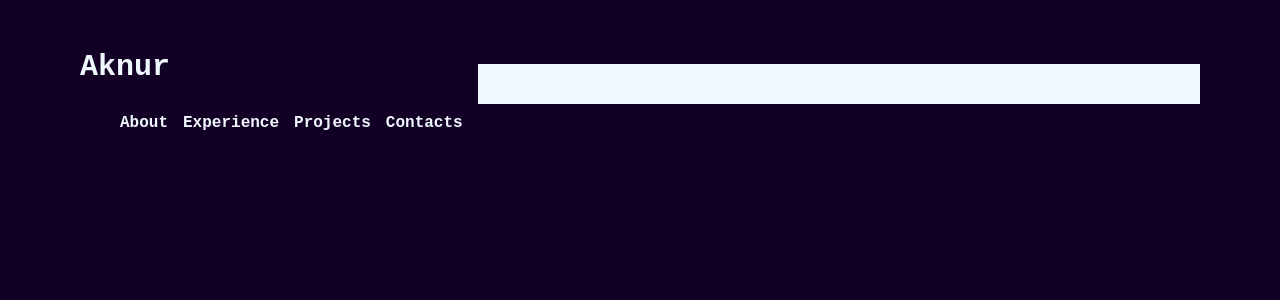
Repository: aknurkappar/nfactorial-portfolio-app-03-03-2022
Page: /
The author's editor kept a copy of each file at every save. The page is drawn from the files as they stood at one save, then again after the next save.
The browser window is 1280 px wide. The pictures show the whole page.
The project was rebuilt for these pictures with package versions that can differ from the ones it lists, and the page was loaded fresh each time. Also part of the build but not shown: src/App.css.

Above is the page before, as saved 2023-03-03 20:56:15.

After the next save:
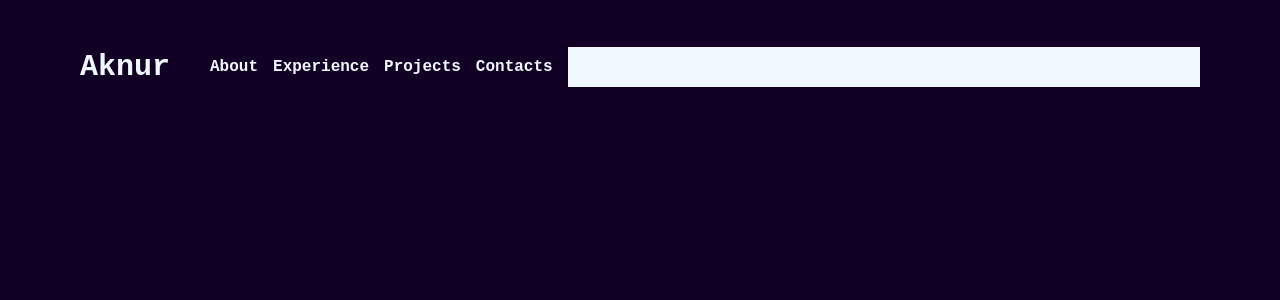
Saved 7 s later.
--- a/src/components/Header/index.js
+++ b/src/components/Header/index.js
@@ -19,7 +19,7 @@ import "./index.css"
  export const Header = () => {
     return (
         <div className="header">
-            <div className="header-items">
+            <div className="header">
                 <p>Aknur</p>
                 <ul className="menu-items">{
                     menues.map(menu => (
